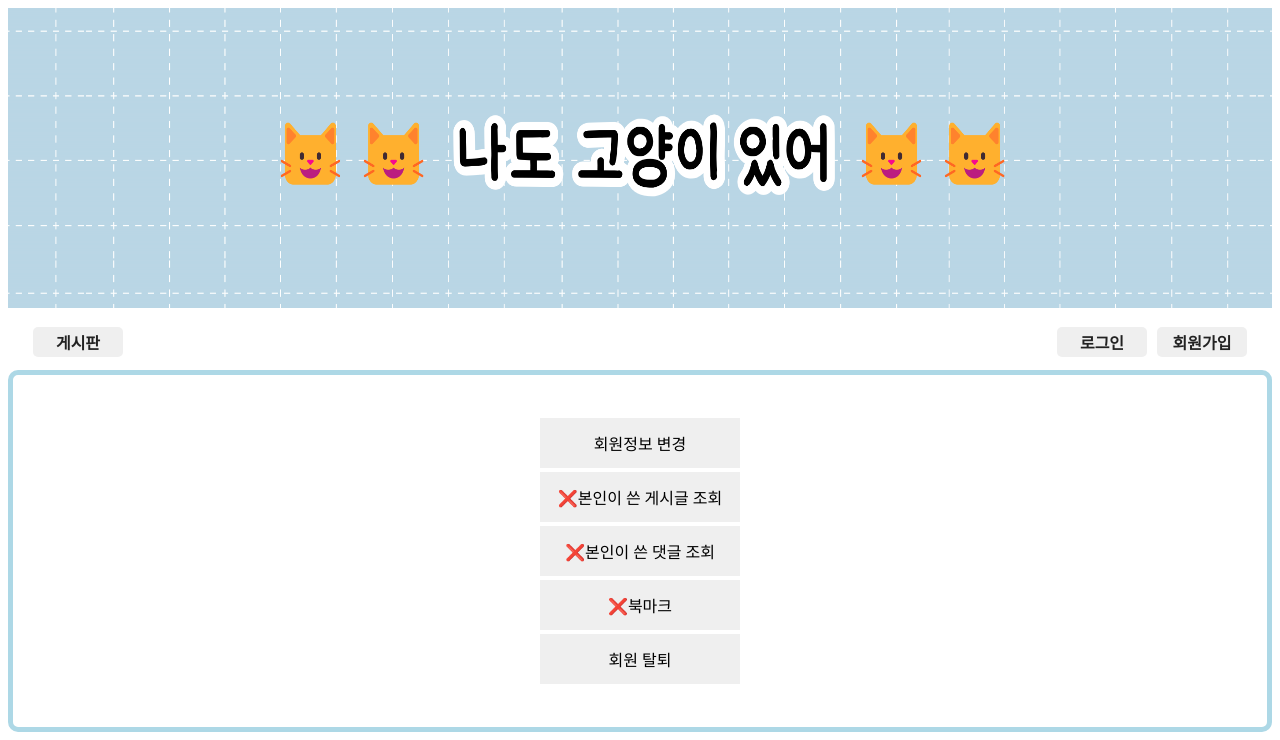
Repository: hh7711/Goit
Page: http://localhost/Goit/WEB-INF/views/myPage.jsp
An editor plug-in stored every save of this project. The page is shown before and after the next save, followed by the edit.
The browser window is 1280 px wide. The pictures show the whole page.
The pointer rests on the first visible `.tableBtn`.
Some web fonts or font styles are not loaded; a fallback is used. The page is served by Tomcat 9. Nobody is signed in. The template is opened directly, without the code that normally fills it, so the values that code supplies are empty.

Above is the page before, as saved 2023-08-06 14:19:11.

After the next save:
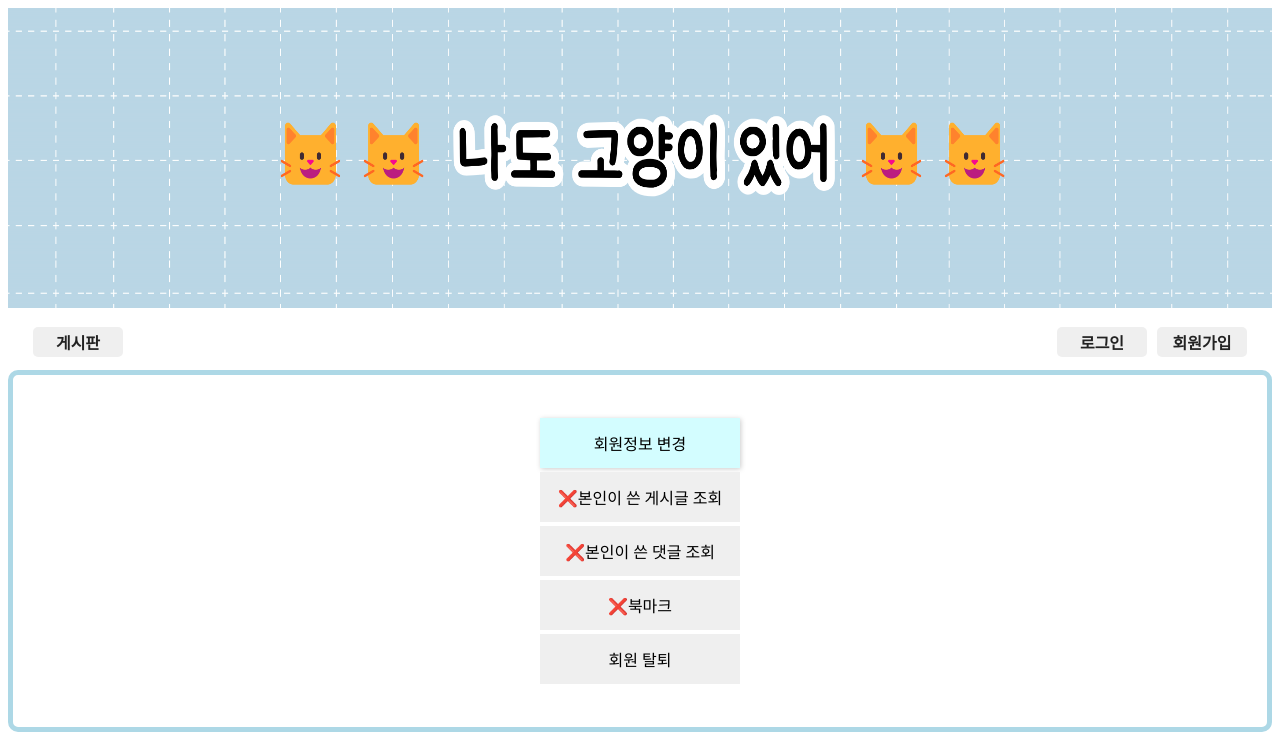
Saved 111 s later.
--- a/Goit/src/main/webapp/WEB-INF/views/myPage.jsp
+++ b/Goit/src/main/webapp/WEB-INF/views/myPage.jsp
@@ -58,6 +58,10 @@
         	height: 50px;
         	font-size: 1em;
         }
+        .tableBtn:hover {
+			background-color: rgb(211, 253, 255);
+        	box-shadow: 1px 1px 5px #ccc;
+		}
 	</style>
 </head>
 <body>
